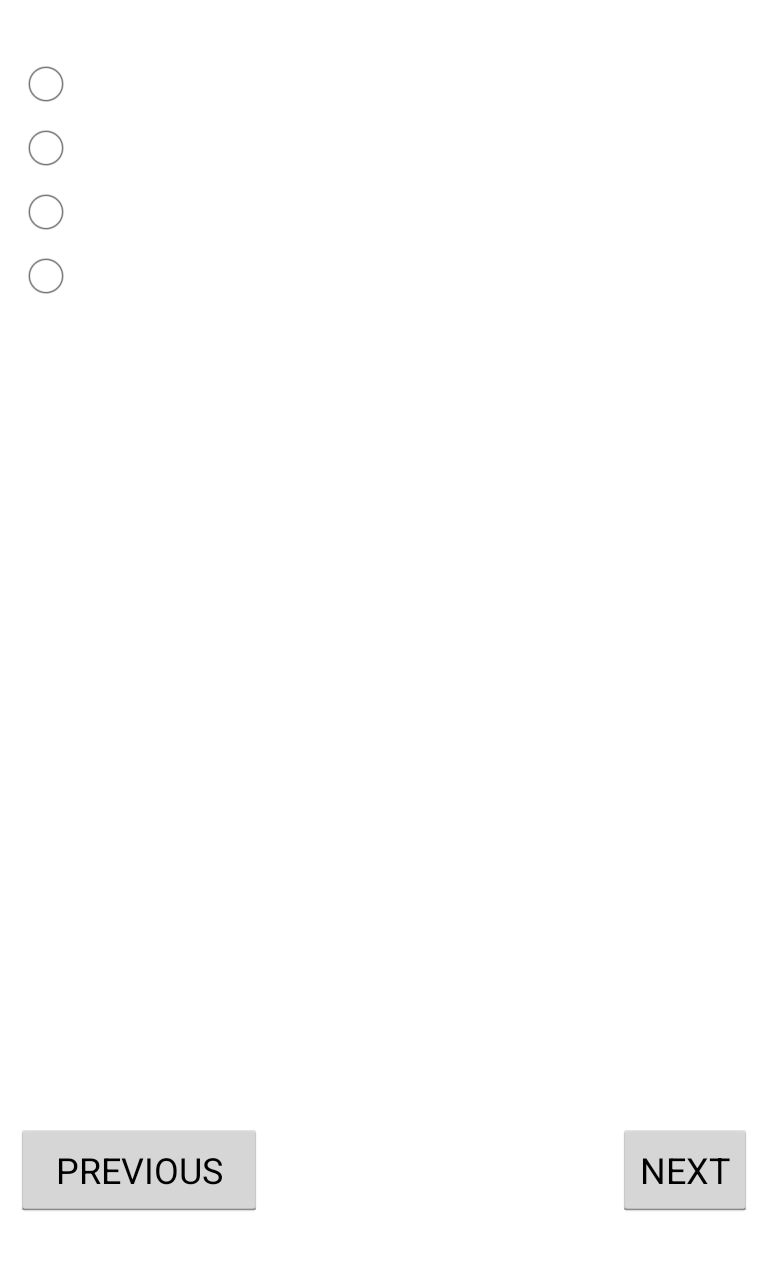
Repository: Harshil737/Career-Launcher
Layout: CareerLauncher/res/layout/fragment_test_page.xml
An editor plug-in stored every save of this project. The layout is shown before and after the next save, followed by the edit.
It is drawn on a 768 x 1280 px phone screen (xhdpi) without system bars, with theme AppTheme; the app's code is not run.

Above is the layout before, as saved 2017-11-03 15:34:03.

### CareerLauncher/res/layout/fragment_test_page.xml
<RelativeLayout xmlns:android="http://schemas.android.com/apk/res/android"
    xmlns:tools="http://schemas.android.com/tools"
    android:layout_width="match_parent"
    android:layout_height="match_parent"
    android:paddingBottom="@dimen/activity_vertical_margin"
    android:paddingLeft="@dimen/activity_horizontal_margin"
    android:paddingRight="@dimen/activity_horizontal_margin"
    android:paddingTop="@dimen/activity_vertical_margin"
    tools:context=".TestPage" >

    <TextView
        android:id="@+id/test_page_tv_que"
        android:layout_width="match_parent"
        android:layout_height="wrap_content" />

    <RadioGroup
        android:id="@+id/test_page_rbGroup"
        android:layout_width="wrap_content"
        android:layout_height="wrap_content"
        android:layout_below="@id/test_page_tv_que" >

        <RadioButton
            android:id="@+id/test_page_rb_op1"
            android:layout_width="wrap_content"
            android:layout_height="wrap_content" />

        <RadioButton
            android:id="@+id/test_page_rb_op2"
            android:layout_width="wrap_content"
            android:layout_height="wrap_content" />

        <RadioButton
            android:id="@+id/test_page_rb_op3"
            android:layout_width="wrap_content"
            android:layout_height="wrap_content" />

        <RadioButton
            android:id="@+id/test_page_rb_op4"
            android:layout_width="wrap_content"
            android:layout_height="wrap_content" />
    </RadioGroup>

    <Button
        android:id="@+id/test_page_btn_next"
        android:layout_width="125dp"
        android:layout_height="wrap_content"
        android:layout_alignParentBottom="true"
        android:layout_alignParentLeft="true"
        android:layout_marginBottom="24dp"
        android:text="PREVIOUS" />

    <Button
        android:id="@+id/test_page_btn_next"
        android:layout_width="wrap_content"
        android:layout_height="wrap_content"
        android:layout_alignParentBottom="true"
        android:layout_alignParentRight="true"
        android:layout_marginBottom="24dp"
        android:text="NEXT" />

</RelativeLayout>

### CareerLauncher/res/values/styles.xml
<resources>

    <style name="AppBaseTheme" parent="android:Theme.Light"></style>

    <!-- Application theme. -->
    <style name="AppTheme" parent="AppBaseTheme"></style>

</resources>

Loaded but not shown: CareerLauncher/res/values-v11/styles.xml (common file); CareerLauncher/res/values-v14/styles.xml (common file); CareerLauncher/res/values/dimens.xml (common file)

After the next save:
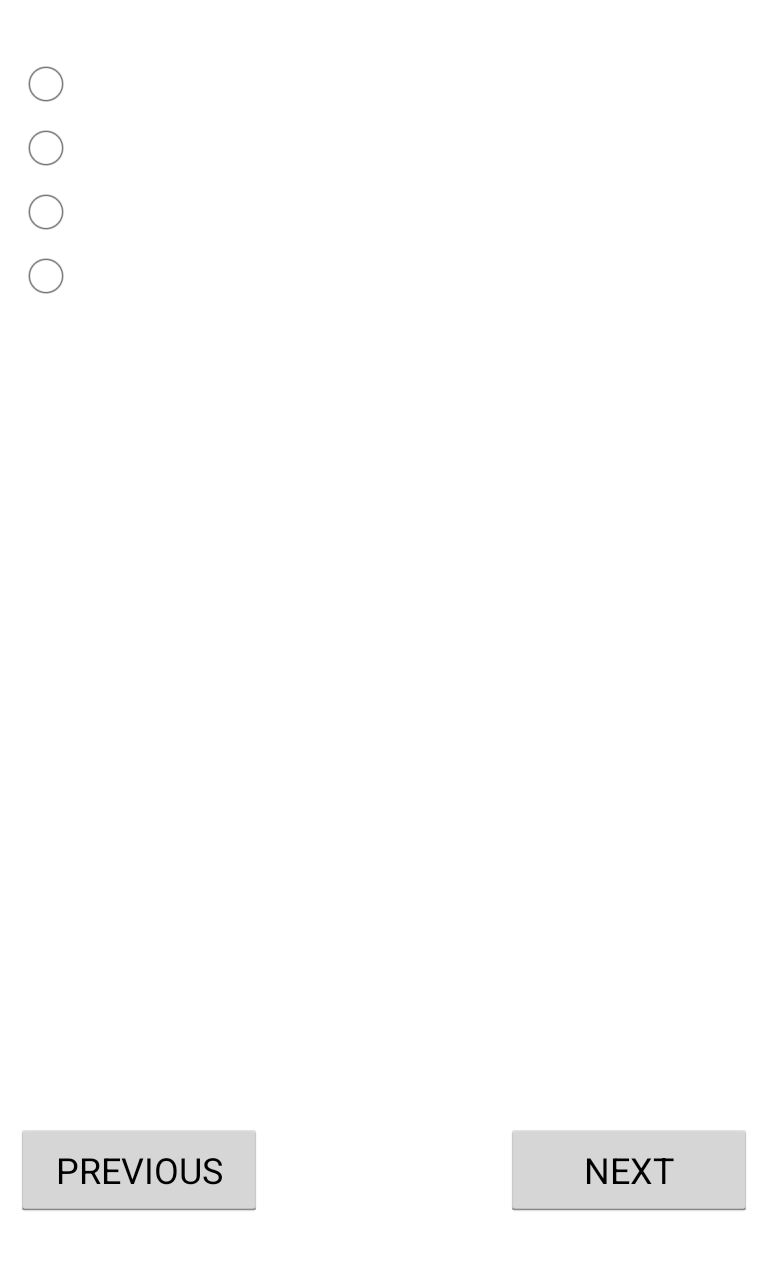
Saved 9 s later.
--- a/CareerLauncher/res/layout/fragment_test_page.xml
+++ b/CareerLauncher/res/layout/fragment_test_page.xml
@@ -51,7 +51,7 @@
 
     <Button
         android:id="@+id/test_page_btn_next"
-        android:layout_width="wrap_content"
+        android:layout_width="125dp"
         android:layout_height="wrap_content"
         android:layout_alignParentBottom="true"
         android:layout_alignParentRight="true"
